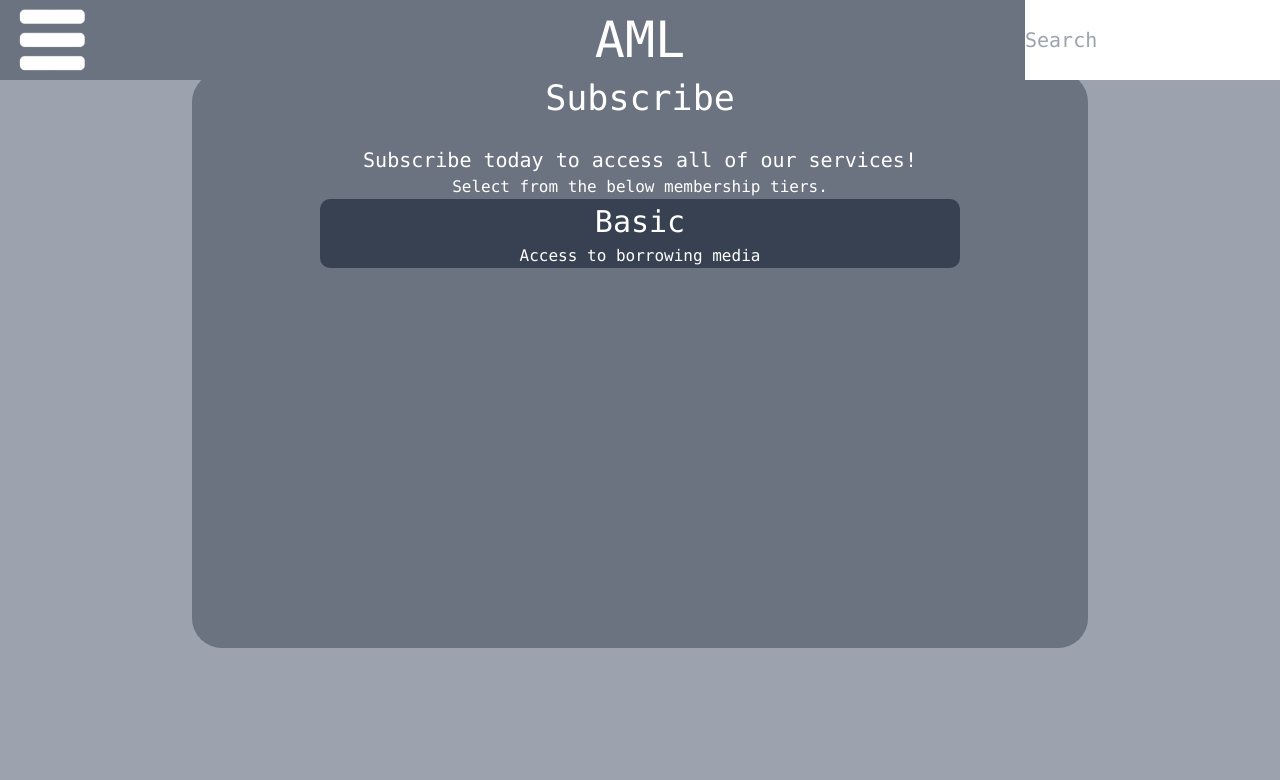
Repository: DuyKhanhDo/AML-Concept
Page: http://localhost/subscribe
The author's editor kept a copy of each file at every save. The page is drawn from the files as they stood at one save, then again after a run of saves.
The browser window is 1280 px wide. The pictures show the whole page.
Some web libraries are served in a nearby version. The page is served by the project's Laravel application, run on PHP 8.4 with Laravel 12. A made-up administrator, Test User (test@example.com), is signed in. Other server files are loaded and not shown.

Above is the page before, as saved 2024-11-11 12:54:24.

### routes/web.php
<?php

use App\Http\Controllers\RegisterController;
use App\Http\Controllers\LogInController;
use App\Http\Controllers\ProfileController;
use App\Http\Controllers\SubscriptionController;
use Illuminate\Support\Facades\Route;
use Illuminate\Support\Facades\Auth;

Auth::routes();

Route::get('/', function () {
    return view('catalogue');
});

Route::get('/login', [LogInController::class, 'LogInView'])->name('login');
Route::post('/submit-login', [LogInController::class, 'Submit'])->name('submit.login');

Route::get('/register', [RegisterController::class, 'RegisterView'])->name('register');
Route::post('/submit-register', [RegisterController::class, 'Submit'])->name('submit.register');

Route::get('/subscribe', [SubscriptionController::class, 'SubscribeView'])->name('subscribe');

Route::post('/logout', function(){
    Auth::logout();
    return redirect()->back();
})->name('logout');

### app/Models/User.php
<?php

namespace App\Models;

use Illuminate\Auth\Middleware\Authenticate;
use Illuminate\Database\Eloquent\Model;
use Illuminate\Foundation\Auth\User as Authenticatable;
use Illuminate\Notifications\Notifiable;

class User extends Authenticatable
{
    use Notifiable;
    public $timestamps = false;

    protected $table = 'Users';

    protected $fillable = ['name', 'email', 'password', 'dob'];
};

### app/Http/Controllers/SubscriptionController.php
<?php

namespace App\Http\Controllers;

use Illuminate\Http\Request;

class SubscriptionController extends Controller
{
    public function __construct()
    {
        $this->middleware('auth');
    }

    public function SubscribeView()
    {
        return view('subscribe');
    }
}

### resources/views/subscribe.blade.php
<x-base>
    <x-slot:content>
        <main class="flex justify-center items-center h-screen">
            <div class="absolute top-[5vh] bg-gray-500 w-[70vw] h-[80vh] mt-[5vh] rounded-[30px] flex items-center flex-col">
                <h1 class="text-[35px]">Subscribe</h1>
                <h3 class="text-[20px] mt-[20px]">Subscribe today to access all of our services!</h3>
                <h5>Select from the below membership tiers.</h5>
                <button class="bg-gray-700 rounded-[10px] w-[40rem]">
                    <h2 class="text-[30px]">Basic</h2>
                    <h3>Access to borrowing media</h3>
                </button>
            </div>
        </main>
    </x-slot>
</x-base>

### resources/views/components/base.blade.php
<!DOCTYPE html>
<html lang="en">
<head>
    <meta charset="UTF-8">
    <meta name="viewport" content="width=device-width, initial-scale=1.0">
    <title>AML</title>
    <script src="https://cdn.tailwindcss.com"></script>
</head>
<body class="bg-gray-400 font-mono">
    <x-navigation-bar></x-navigation-bar>
    <main class="mt-[5vh] text-white text-center">
        {{ $content }}
    </main>
</body>
</html>

### resources/views/components/navigation-bar.blade.php
<div class="fixed left-0 top-0 w-full h-[5rem] flex items-center justify-center bg-gray-500 m-0 p-0 box-border font-mono z-50">
    <button id="toggle-sidebar" class="absolute left-0 ml-[10px] h-full"><img class="h-full" draggable="false" src="{{ asset('assets/sidebar-img.png') }}" alt=""></button>
    <h1 class="text-[50px] text-white">AML</h1>
    <input type="text" class="absolute right-0 ml-[10px] h-full radius-[20px] text-[20px]" placeholder="Search">
</div>
<div id="sidebar" class="fixed left-0 top-[5rem] bg-gray-500 w-[20rem] h-[95vh] flex flex-col opacity-0 z-50 transition-opacity duraction-900">
    <ul class="text-center text-white w-full flex items-center">
        <x-side-bar-btn :csrf=false method="GET" route="/" name="Catalogue"></x-side-bar-btn>
    </ul>
    <ul class="absolute bottom-0 flex flex-col text-center text-white w-full flex items-center">
        @if (Auth::check())
            <x-side-bar-btn :csrf=true method="POST" route="{{ route('logout') }}" name="Sign out"></x-side-bar-btn>
        @else
            <x-side-bar-btn :csrf=false method="GET" route="{{ route('login') }}" name="Log in"></x-side-bar-btn>
            <x-side-bar-btn :csrf=false method="GET" route="{{ route('register') }}" name="Register"></x-side-bar-btn>
        @endif
    </ul>
</div>

<script>
    const button = document.getElementById('toggle-sidebar')
    const sidebar = document.getElementById('sidebar')

    button.addEventListener('click',function(){
        sidebar.classList.toggle('opacity-0');
        sidebar.classList.toggle('opacity-100');
    })
</script>

### resources/views/components/side-bar-btn.blade.php
<form class="w-full" method="{{ $method }}" action='{{ $route }}'>
    @if ($csrf == true)
        @csrf
    @endif

    <li class="mx-auto bg-gray-700 w-full h-[5rem] mb-[10px] flex items-center justify-center">
        <button type="submit" class="font-mono text-[30px] w-full">
            {{ $name }}
        </button>
    </li>
</form>

Loaded but not shown: app/Http/Controllers/Auth/ConfirmPasswordController.php (common file); app/Http/Controllers/Controller.php (common file)

After the next 6 saves:
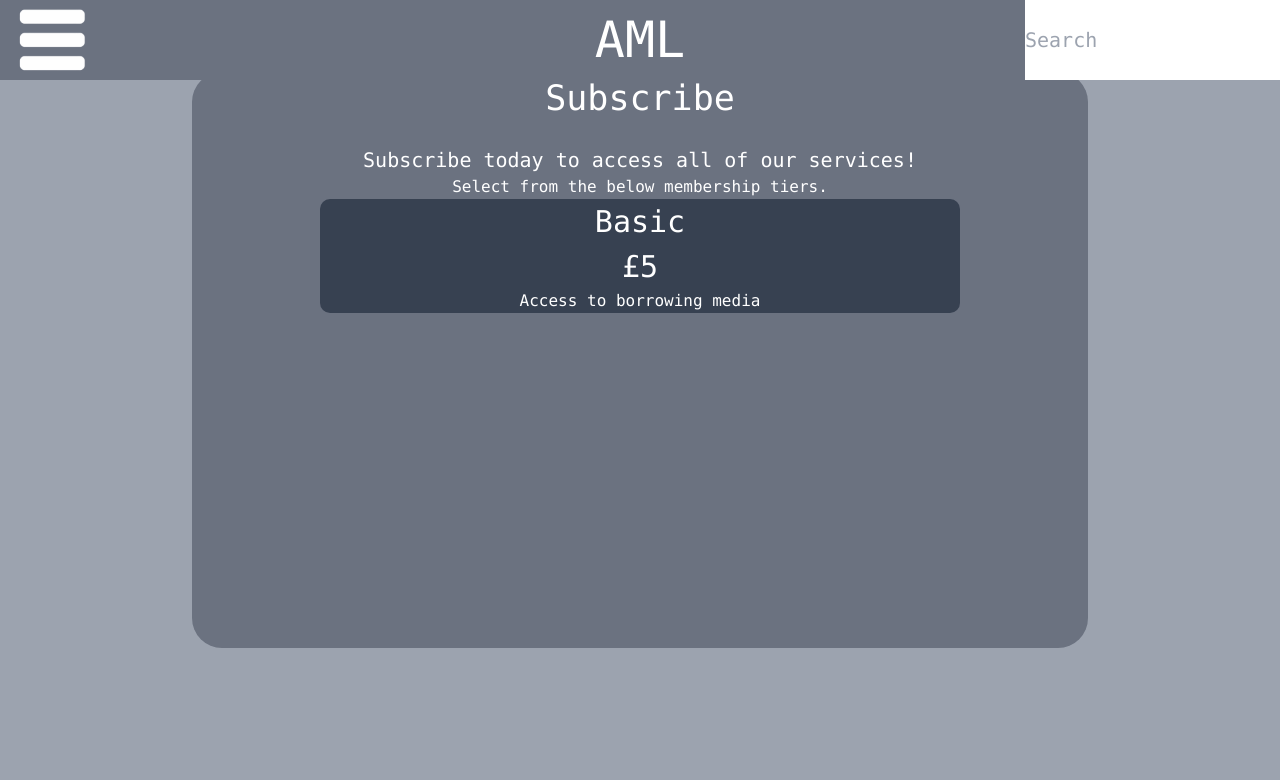
The 6 saves are shown as one change because they came seconds apart.
The last was saved 20 s later.
--- a/resources/views/subscribe.blade.php
+++ b/resources/views/subscribe.blade.php
@@ -7,6 +7,7 @@
                 <h5>Select from the below membership tiers.</h5>
                 <button class="bg-gray-700 rounded-[10px] w-[40rem]">
                     <h2 class="text-[30px]">Basic</h2>
+                    <h2 class="text-[30px]">£5 </h2>
                     <h3>Access to borrowing media</h3>
                 </button>
             </div>
